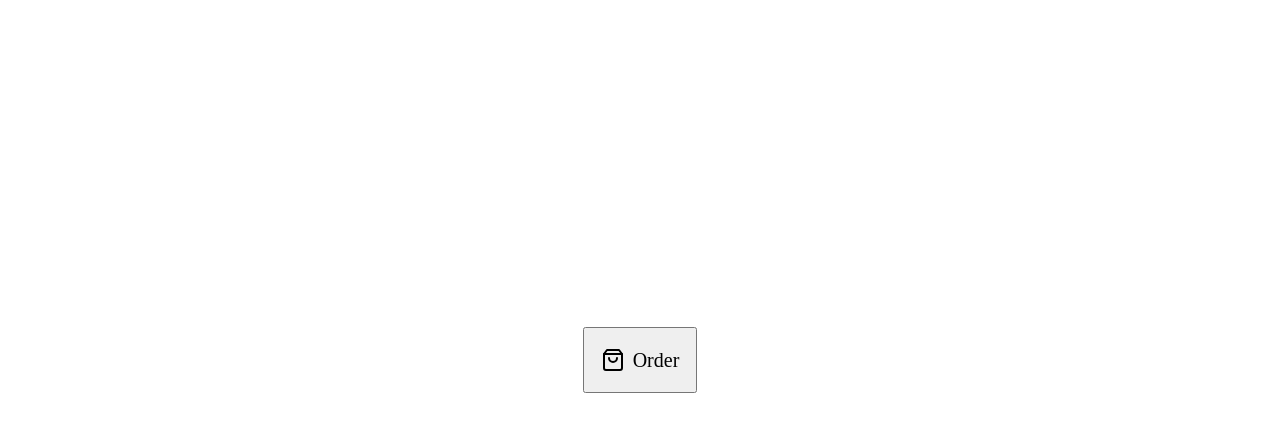
Repository: hjubsoni/hex-ocean-task
Page: /
These files come from the project's save history. The page is drawn as it stood at one moment and after the next save; the edit follows.
The browser window is 1280 px wide. The pictures show the whole page.
The project was rebuilt for these pictures with package versions that can differ from the ones it lists, and the page was loaded fresh each time. Also part of the build but not shown: vite.config.ts.

Above is the page before, as saved 2023-03-20 21:14:20.

After the next save:
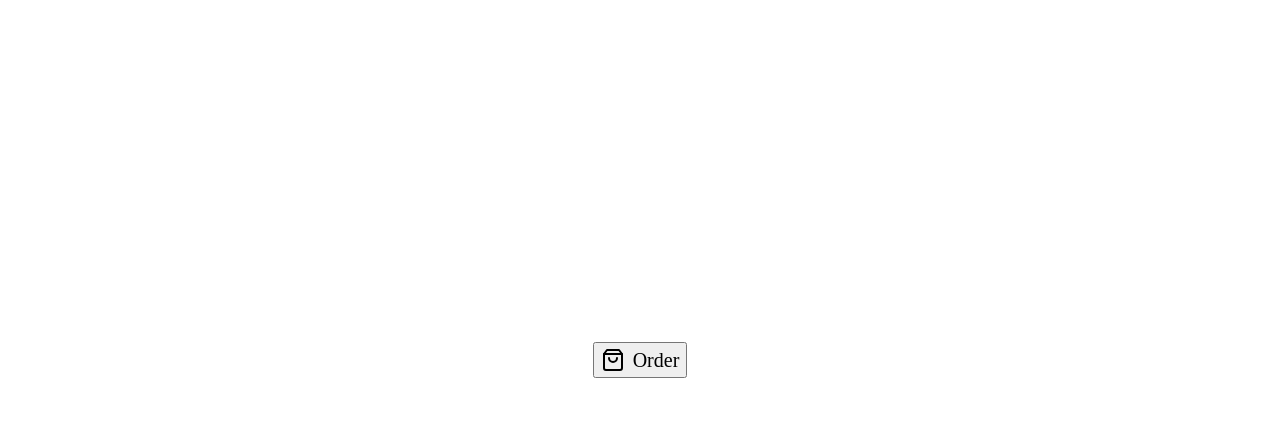
Saved 5 s later.
--- a/src/App.css
+++ b/src/App.css
@@ -8,7 +8,7 @@
 .order-button {
   display: flex;
   align-items: center;
-  padding: 16px;
+
   gap: 8px;
 }
 
